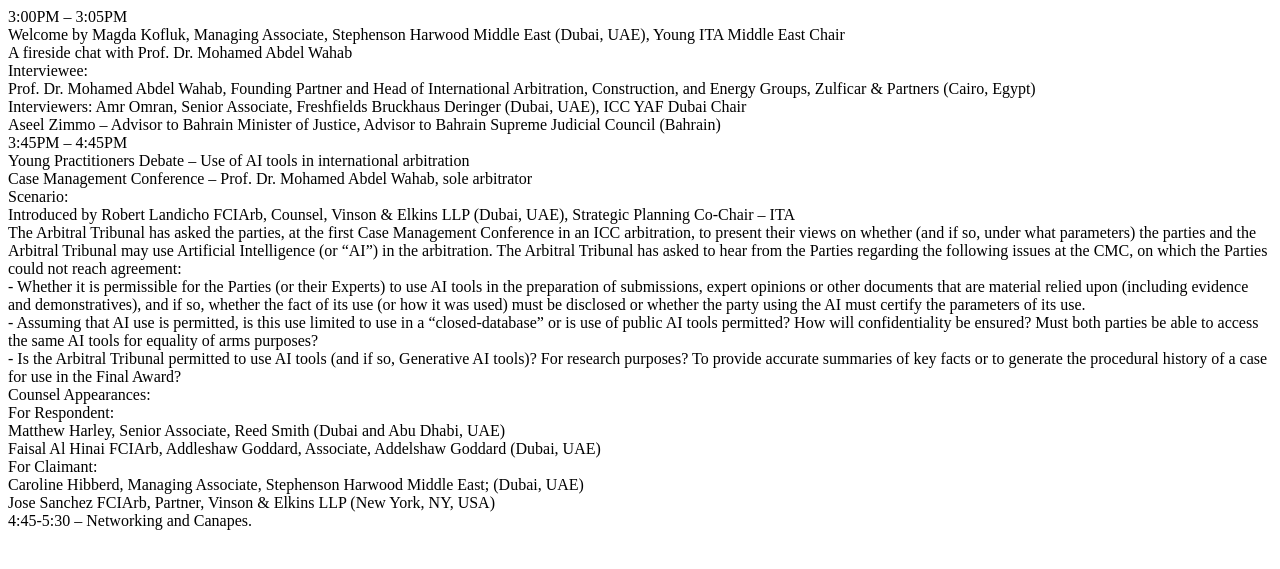
Repository: shifanafin/store-ap
Page: starter/Untitled-1.html
The author's editor kept a copy of each file at every save. The page is drawn from the files as they stood at one save, then again after the next save.
The browser window is 1280 px wide. The pictures show the whole page.

Above is the page before, as saved 2023-09-28 18:27:07.

After the next save:
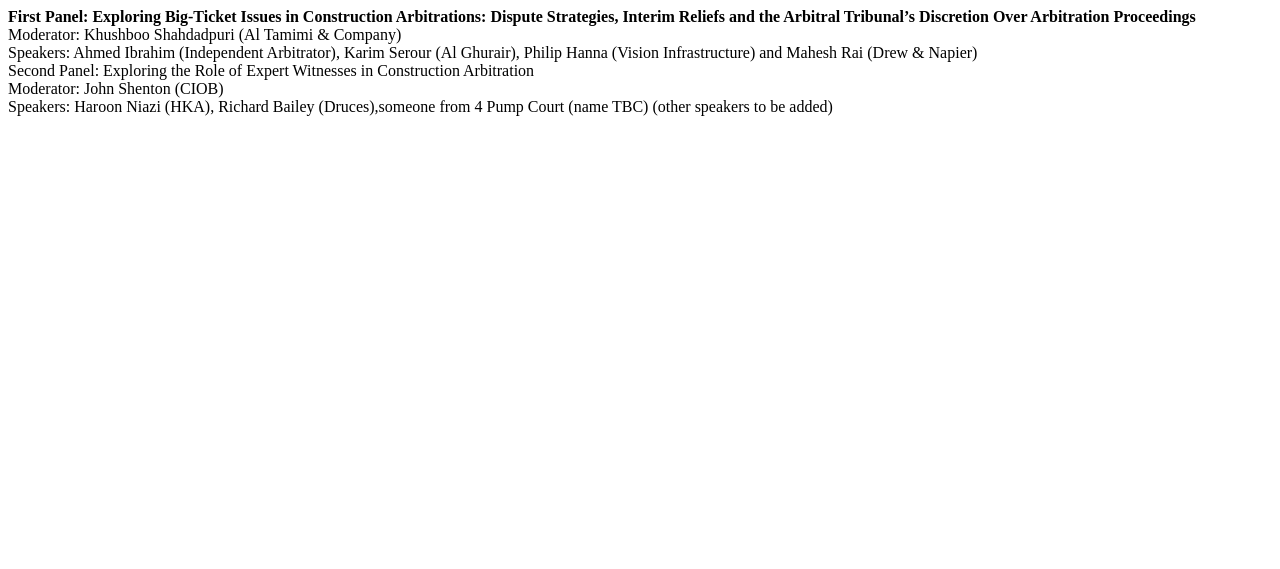
Saved 5 min 22 s later.
--- a/starter/Untitled-1.html
+++ b/starter/Untitled-1.html
@@ -1,52 +1,11 @@
-3:00PM – 3:05PM
+<b>First Panel: Exploring Big-Ticket Issues in Construction Arbitrations: Dispute Strategies, Interim Reliefs and the Arbitral Tribunal’s Discretion Over Arbitration Proceedings  </b>
 <br>
-Welcome by Magda Kofluk, Managing Associate, Stephenson Harwood Middle East (Dubai, UAE), Young ITA Middle East Chair
+Moderator: Khushboo Shahdadpuri (Al Tamimi & Company)
 <br>
-A fireside chat with Prof. Dr. Mohamed Abdel Wahab
+Speakers: Ahmed Ibrahim (Independent Arbitrator), Karim Serour (Al Ghurair), Philip Hanna (Vision Infrastructure) and Mahesh Rai (Drew & Napier)
 <br>
-Interviewee:
+Second Panel: Exploring the Role of Expert Witnesses in Construction Arbitration
 <br>
-Prof. Dr. Mohamed Abdel Wahab, Founding Partner and Head of International Arbitration, Construction, and Energy Groups, Zulficar & Partners (Cairo, Egypt)
+Moderator: John Shenton (CIOB)
 <br>
-Interviewers:
-Amr Omran, Senior Associate, Freshfields Bruckhaus Deringer (Dubai, UAE), ICC YAF Dubai Chair
-<br>
-Aseel Zimmo – Advisor to Bahrain Minister of Justice, Advisor to Bahrain Supreme Judicial Council (Bahrain)
-<br>
-3:45PM – 4:45PM
-<br>
-Young Practitioners Debate – Use of AI tools in international arbitration
-<br>
-Case Management Conference – Prof. Dr. Mohamed Abdel Wahab, sole arbitrator
-<br>
-
-Scenario:
-<br>
-Introduced by Robert Landicho FCIArb, Counsel, Vinson & Elkins LLP (Dubai, UAE), Strategic Planning Co-Chair – ITA
-<br>
-
-The Arbitral Tribunal has asked the parties, at the first Case Management Conference in an ICC arbitration, to present their views on whether (and if so, under what parameters) the parties and the Arbitral Tribunal may use Artificial Intelligence (or “AI”) in the arbitration. The Arbitral Tribunal has asked to hear from the Parties regarding the following issues at the CMC, on which the Parties could not reach agreement:
-<br>
-- Whether it is permissible for the Parties (or their Experts) to use AI tools in the preparation of submissions, expert opinions or other documents that are material relied upon (including evidence and demonstratives), and if so, whether the fact of its use (or how it was used) must be disclosed or whether the party using the AI must certify the parameters of its use.
-<br>
-- Assuming that AI use is permitted, is this use limited to use in a “closed-database” or is use of public AI tools permitted? How will confidentiality be ensured? Must both parties be able to access the same AI tools for equality of arms purposes?
-<br>
-- Is the Arbitral Tribunal permitted to use AI tools (and if so, Generative AI tools)? For research purposes? To provide accurate summaries of key facts or to generate the procedural history of a case for use in the Final Award?
-<br>
-Counsel Appearances:
-<br>
-For Respondent:
-<br>
-Matthew Harley, Senior Associate, Reed Smith (Dubai and Abu Dhabi, UAE)
-<br>
-Faisal Al Hinai FCIArb, Addleshaw Goddard, Associate, Addelshaw Goddard (Dubai, UAE)
-<br>
-
-For Claimant:
-<br>
-Caroline Hibberd, Managing Associate, Stephenson Harwood Middle East; (Dubai, UAE)
-<br>
-Jose Sanchez FCIArb, Partner, Vinson & Elkins LLP (New York, NY, USA)
-<br>
-
-4:45-5:30 – Networking and Canapes.
+Speakers: Haroon Niazi (HKA), Richard Bailey (Druces),someone from 4 Pump Court (name TBC) (other speakers to be added)
